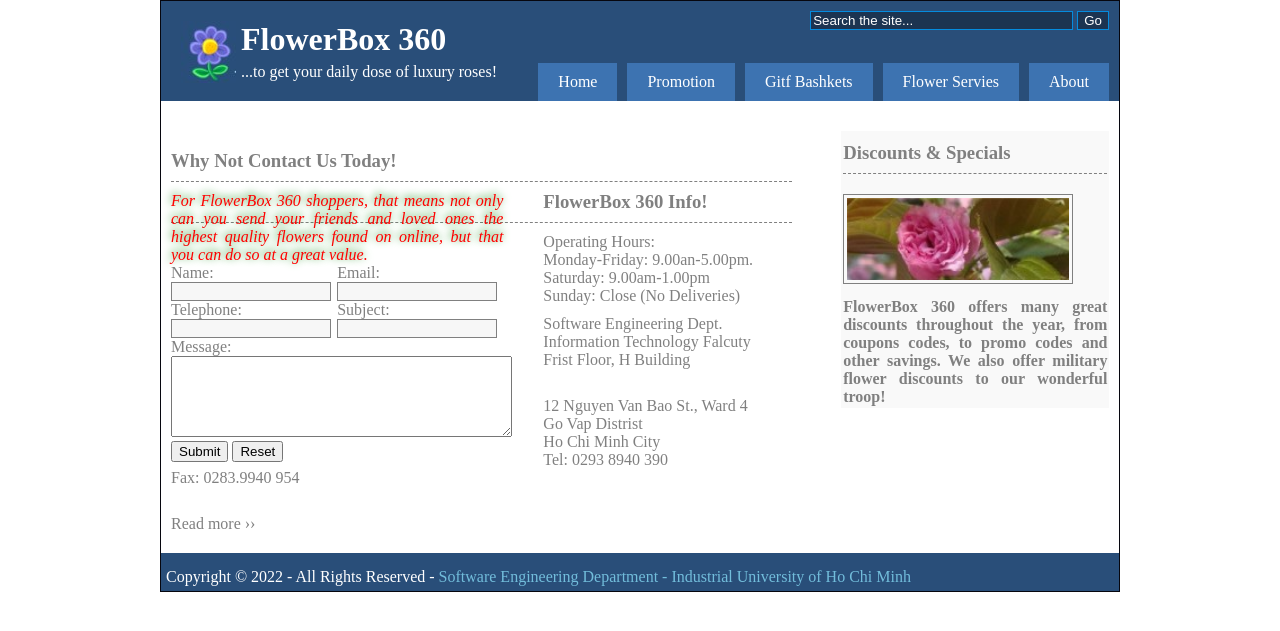
Repository: duongtheng/bai-tap-tuan-6
Page: html/index.html
An editor plug-in stored every save of this project. The page is shown before and after the next save, followed by the edit.
The browser window is 1280 px wide. The pictures show the whole page.

Above is the page before, as saved 2022-03-23 14:20:01.

After the next save:
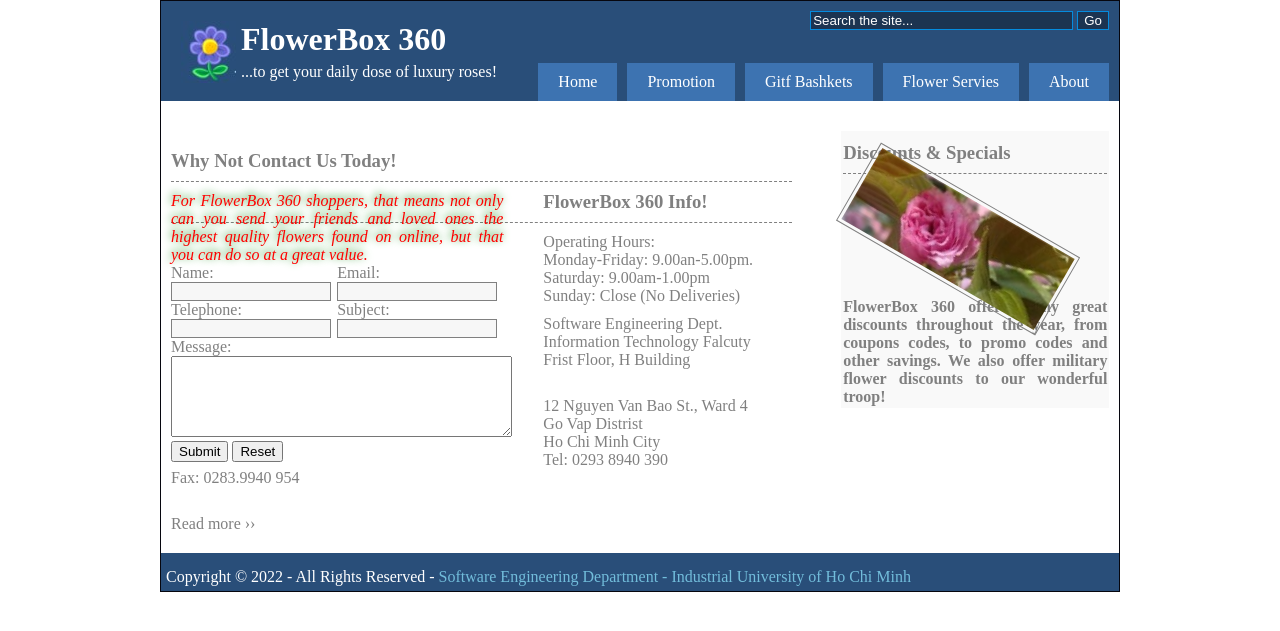
Saved 2 min 53 s later.
--- a/css/style.css
+++ b/css/style.css
@@ -142,6 +142,7 @@ aside img{
     margin-top: 20px;
     border: 1px solid gray;
     padding: 3px;
+    transform: rotate(30deg);
 }
 
 p{
